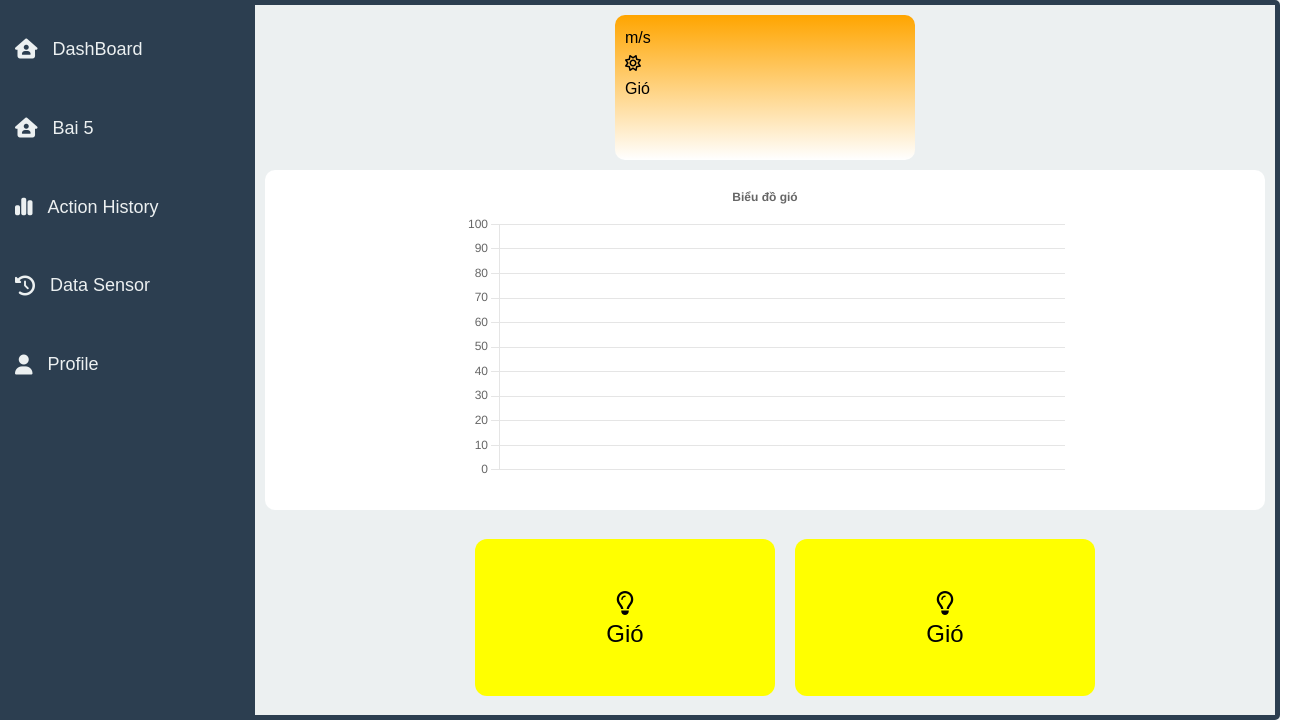
Repository: duongnoob23/duyyyy
Page: /bai5 (app in iot/)
The author's editor kept a copy of each file at every save. The page is drawn from the files as they stood at one save, then again after the next save.
The browser window is 1280 px wide. The page is 1285 px wide, then 1300 px, so the pictures cover 1300 px, including what lies to the right of the window. The pictures show the whole page.
The page's requests for data from a server got no answer. Some web libraries are served in a nearby version. The project was rebuilt for these pictures with package versions that can differ from the ones it lists, and the page was loaded fresh each time. No one was signed in, and anything a server would have sent is missing. Also part of the build but not shown: iot/src/App.css, iot/src/Components/Doughnut/GaugeChart.js, iot/src/Components/LineChart/LineChartECharts.js, iot/src/Pages/Home/Home.js, iot/src/Pages/DataLogs/DataLogs.js, iot/src/Pages/Profile/Profile.css, iot/src/Pages/Profile/Profile.js, iot/src/Pages/Action/Action.js and 1 more.

Above is the page before, as saved 2024-12-02 21:24:13.

### iot/public/index.html
<!DOCTYPE html>
<html lang="en">
  <head>
    <meta charset="utf-8" />
    <link rel="icon" href="%PUBLIC_URL%/favicon.ico" />
    <meta name="viewport" content="width=device-width, initial-scale=1" />
    <meta name="theme-color" content="#000000" />
    <meta
      name="description"
      content="Web site created using create-react-app"
    />
    <link rel="apple-touch-icon" href="%PUBLIC_URL%/logo192.png" />
    <!--
      manifest.json provides metadata used when your web app is installed on a
      user's mobile device or desktop. See https://developers.google.com/web/fundamentals/web-app-manifest/
    -->
    <link rel="manifest" href="%PUBLIC_URL%/manifest.json" />
    <!--
      Notice the use of %PUBLIC_URL% in the tags above.
      It will be replaced with the URL of the `public` folder during the build.
      Only files inside the `public` folder can be referenced from the HTML.

      Unlike "/favicon.ico" or "favicon.ico", "%PUBLIC_URL%/favicon.ico" will
      work correctly both with client-side routing and a non-root public URL.
      Learn how to configure a non-root public URL by running `npm run build`.
    -->
    <link rel="stylesheet" href="https://cdnjs.cloudflare.com/ajax/libs/font-awesome/6.6.0/css/all.min.css" integrity="sha512-Kc323vGBEqzTmouAECnVceyQqyqdsSiqLQISBL29aUW4U/M7pSPA/gEUZQqv1cwx4OnYxTxve5UMg5GT6L4JJg==" crossorigin="anonymous" referrerpolicy="no-referrer" />
    <title>React App</title>
    <script src="https://code.highcharts.com/highcharts.js"></script>
  </head>
  <body>
    <noscript>You need to enable JavaScript to run this app.</noscript>
    <div id="root"></div>
    <!--
      This HTML file is a template.
      If you open it directly in the browser, you will see an empty page.

      You can add webfonts, meta tags, or analytics to this file.
      The build step will place the bundled scripts into the <body> tag.

      To begin the development, run `npm start` or `yarn start`.
      To create a production bundle, use `npm run build` or `yarn build`.
    -->
  </body>
</html>

### iot/src/index.js
import React from 'react';
import { DatePicker } from 'antd';
import ReactDOM from 'react-dom/client';
import './index.css';
import App from './App';
import reportWebVitals from './reportWebVitals';
import { BrowserRouter } from 'react-router-dom';


const root = ReactDOM.createRoot(document.getElementById('root'));
root.render(
  // <React.StrictMode>
  <BrowserRouter>
    <App />
  </BrowserRouter>

  // </React.StrictMode>
);


reportWebVitals();

### iot/src/index.css
body {
  margin: 0;
  font-family: -apple-system, BlinkMacSystemFont, 'Segoe UI', 'Roboto', 'Oxygen',
    'Ubuntu', 'Cantarell', 'Fira Sans', 'Droid Sans', 'Helvetica Neue',
    sans-serif;
  -webkit-font-smoothing: antialiased;
  -moz-osx-font-smoothing: grayscale;
}

code {
  font-family: source-code-pro, Menlo, Monaco, Consolas, 'Courier New',
    monospace;
}

*{
  box-sizing: border-box;
  font-family: Arial, Helvetica, sans-serif;
}

html{
  font-size: 62.5%;
}

ul,li{
  list-style-type: none;
  margin: 0;
  padding:0;
}
a{
  text-decoration: none;
}

body{
  margin: 0;
  padding: 0;

}

### iot/src/App.js
// import logo from './logo.svg';
import './App.css';
import Layout from './Components/Layout/Layout';
import { Routes,Route} from 'react-router-dom';
import Home from './Pages/Home/Home';
import DataLogs from './Pages/DataLogs/DataLogs';
import Profile from './Pages/Profile/Profile';
import Action from './Pages/Action/Action';
import Bai5 from './Pages/Bai5/Bai5';
function App() {
  return (
    <>

      <Routes>
          <Route path="/" element = {<Layout/>}>
            <Route path='home' element={<Home/>}/>
            <Route path='bai5' element={<Bai5 />}/>
            <Route path='datalogs' element={<DataLogs/>}/>
            <Route path='profile' element={<Profile/>}/>
            <Route path='action' element={<Action/>}/>
          </Route>
      </Routes>
    </>
  );
}

export default App;

### iot/src/Components/Layout/Layout.js
import './Layout.css'
import { Link, Outlet, } from "react-router-dom";
// import { useState } from "react";

function Layout(){

    return (
        <>

        <div className="dashBoard">
        <div className="sideBar">
            <ul className="sideBar-list">
                <li className="sideBar-item">
                    {/* <a  href="#" className="sideBar-icon">
                        <i className="fa-solid fa-house-user">
                        </i>
                        <span className='sideBar-text'>DashBoard</span>
                    </a> */}
                    <Link className='sideBar-icon' to={"/home"}>
                        <i className="fa-solid fa-house-user">
                        </i>
                        <span className='sideBar-text'>DashBoard</span>
                    </Link>
                </li>
                <li className="sideBar-item">
                    <Link className='sideBar-icon' to={"/bai5"}>
                        <i className="fa-solid fa-house-user">
                        </i>
                        <span className='sideBar-text'>Bai 5</span>
                    </Link>
                </li>
                <li className="sideBar-item">
                <Link  className="sideBar-icon" to={"/action"}>
                    <i className="fa-solid fa-chart-simple"></i>
                        <span className='sideBar-text'>Action History</span>
                    </Link>
                </li>
                <li className="sideBar-item">
                    <Link className="sideBar-icon" to={"/datalogs"} >
                    <i className="fa-solid fa-clock-rotate-left"></i>
                        <span className='sideBar-text'> Data Sensor</span>
                    </Link>
                </li>
                <li className="sideBar-item">

                    <Link className="sideBar-icon" to={"/profile"}>
                        <i className="fa-solid fa-user"></i>
                        <span className='sideBar-text'>Profile</span>
                    </Link>
                </li>
            </ul>
        </div>
        <div className="sideMain">
            <Outlet/>
        </div>
    </div>
        </>
    )
}

export default Layout;

### iot/src/Components/Layout/Layout.css


/* Reset default padding and margins */
* {
    margin: 0;
    padding: 0;
    box-sizing: border-box;
}

/* DashBoard container */
.dashBoard {
    display: flex;
    height : 100vh;
    font-family: 'Roboto', sans-serif;
}

/* SideBar styling */
.sideBar {
    width: 250px;
    background-color: #2c3e50;
    padding: 20px 0;
    position: fixed;
    height: 100%;
    transition: all 0.3s ease;
}

.sideBar-list {
    list-style: none;
    padding-left: 0;
}

.sideBar-item {
    margin-bottom: 20px;
}

.sideBar-icon {
    display: flex;
    align-items: center;
    padding: 15px;
    color: #ecf0f1;
    text-decoration: none;
    transition: background 0.3s ease, color 0.3s ease;
}

.sideBar-icon i {
    margin-right: 15px;
    font-size: 20px;
}

/* Hover effect for sidebar items */
.sideBar-icon:hover {
    background-color: #34495e;
    color: #1abc9c;
    cursor: pointer;
    padding-left: 25px; /* Add a slide effect */
    transition: all 0.3s ease;
}

.sideBar-text {
    font-size: 18px;
}

/* Active link effect */
.sideBar-icon.active {
    background-color: #1abc9c;
    color: #fff;
    border-radius: 8px;
    transition: all 0.3s ease;
}

/* SideMain styling */
.sideMain {
    margin-left: 250px;
    background-color: #ecf0f1;
    flex-grow: 1;
}

/* Responsive Design */
@media screen and (max-width: 768px) {
    .sideBar {
        width: 200px;
    }

    .sideBar-icon {
        padding: 10px;
    }

    .sideMain {
        margin-left: 200px;
        padding: 20px;
    }
}

@media screen and (max-width: 576px) {
    .sideBar {
        width: 60px;
    }

    .sideBar-icon i {
        margin-right: 0;
        text-align: center;
        flex: 1;
    }

    .sideBar-text {
        display: none;
    }

    .sideMain {
        margin-left: 60px;
        padding: 10px;
    }
}

### iot/src/Pages/Home/Home.css
/* General Styling */
.main {
    display: flex;
    flex-direction: column;
    height : 100%; /* Chiếm toàn bộ chiều cao của màn hình */

    box-sizing: border-box; /* Đảm bảo padding không làm thay đổi kích thước */
}

.section {
  width: 100%;
  height : 100%;
}



.section-one{
    width: 100vh;
    height : 100%;
    display: flex;
    flex-direction: row;

}

.left{
  width: 75%;
}

.right{
  width: 25%;
}

.sensor{
    height: 30%;
}


.sensor-list {
    height: 100%;
    display: flex;
    list-style-type: none;
    padding: 0;
    margin: 0;
    justify-content: space-between; /* Rải đều các phần tử trong container */
    width: 100%; /* Chiếm toàn bộ chiều rộng của màn hình */
}

.sensor-item {
    flex: 1; /* Các phần tử sẽ tự động chiếm đều không gian */
    /* padding: 5px; */
    background-color: #ffffff;
    border-radius: 12px;
    box-shadow: 0 4px 12px rgba(0, 0, 0, 0.1);
    display: flex;
    flex-direction: column;
    align-items: center;
    text-align: center;
    margin: 10px;
    min-width: 50px; /* Đảm bảo các phần tử không quá nhỏ */
}
  .sensor-item .sensor-digit {
    font-size: 1.2em;
    font-weight: bold;
    margin-bottom: 5px;
    color: #333;
  }

  .sensor-item:nth-child(2){
    /* margin:10px 20px; */
  }

  .sensor-bar {
    width: 100%;
    height: 100px;
    background-color: #e0e0e0;
    border-radius: 8px;
    position: relative;
    overflow: hidden;
    margin: 10px 0;
  }

  .sensor-fill {
    position: absolute;
    bottom: 0;
    width: 100%;
    border-radius: 8px;
  }

  .sensor-item.light .sensor-fill {
    background-color: #ffb74d; /* Soft orange for light */
  }

  .sensor-item.temperature .sensor-fill {
    background-color: #ef5350; /* Soft red for temperature */
  }

  .sensor-item.humidity .sensor-fill {
    background-color: #42a5f5; /* Soft blue for humidity */
  }

  .label {
    font-size: 0.9em;
    font-weight: 600;
    color: #777;
  }
  /* Chart Section */
  .chart {
    height: 70%;
    width: 100%;
    /* margin-top: 20px; */
    /* margin: 15px; */
    padding: 0;
  }
.styleChart{
  aspect-ratio: 7/3;
}
  /* Electric Section */
  .electric {
    width: 100%;
    margin-top: 5px;
  }

  .electric-list {
    list-style: none;
    padding: 0;
    margin: 0;
    display: flex;
    flex-direction: column;
    justify-content: space-around;
    gap: 15px;
  }

  .electric-item {
    /* flex: 1; */
    text-align: center;
    padding: 20px;
    background-color: #f9f9f9;
    border-radius: 10px;
    box-shadow: 0px 4px 10px rgba(0, 0, 0, 0.1);
    transition: transform 0.3s ease, box-shadow 0.3s ease;
    width: 300px;
  }




  .electric-box {
    position: relative;
    margin-bottom: 10px;
  }

  .electric-input {
    display: none;
  }

  .electric-label {
    display: block;
    width: 60px;
    height: 30px;
    background-color: #ddd;
    border-radius: 15px;
    position: relative;
    cursor: pointer;
    transition: background-color 0.3s;
  }



  .electric-input:checked + .electric-label {
    background-color: #4caf50;
  }

  .electric-input:checked + .electric-label:before {
    left: 31px;
  }

  .on-off {
    font-weight: bold;
    margin-top: 8px;
    font-size: 16px;
  }

  .electric-item i {
    font-size: 36px;
    color: #4caf50;
  }

  .electric-item .light-icon,
  .electric-item .temp-icon,
  .electric-item .air-icon {
    color: #aaa;
  }

/* css button  */

### iot/src/Components/Helper/URL.js
export const URL = "http://localhost:3001";

### iot/src/Pages/DataLogs/DataLogs.css
*{
    box-sizing: border-box;
}
.table {
    width: 90%;
    border-collapse: collapse;
    margin: 10px;
    border-radius:10px;
    overflow: hidden;
}

.data{
    border:5px solid #2c3e50;
    border-radius: 0 5px 5px 0;
    height: 100%;
}

.table__body{
    border-radius: 10px;
    border: 2px solid #2c3e50;
}

.table__head{
    border: 2px solid #2c3e50;
}
th, td {
    padding: 10px;
    text-align: center;
    border-bottom: 1px solid #ddd;
}
th {
    background-color: #2c3e50;
    color: white;
}

.table-row__body{
    transition: all 0.1s linear;

}
.table-row__body:nth-child(even){
    background-color: #eee;

}
.table-row__body:hover{
    background-color: #2c3e50;
    color: #F4C427;

}

.table-row__body:active{
    background-color: #2c3e50;
    color: #F4C427;
}
.data__title{
    margin-left: 10px;
    font-size: 20px;
    font-weight: bold;
}

.data__sort{
    margin-left: 10px;
    font-size: 15px;
    font-weight: bold;
    margin-bottom: 10px;

}

.data__in{
    border-radius: 10px;
    border: 2px solid #7A40F2;
    margin: 10px;
}

### iot/src/Pages/Action/Action.css
* {
    box-sizing: border-box;
    font-family: 'Arial', sans-serif; /* Change this to your preferred font */
    font-size: 16px; /* Default font size */
    line-height: 1.6; /* Controls line spacing */
}


.action {
    border: 5px solid #2c3e50;
    border-radius: 0 5px 5px 0;
    height: 100vh; /* Full viewport height */
    display: flex;
    flex-direction: column;
    justify-content: space-between; /* Distribute space evenly */
}

.action-title {
    margin-left: 10px;
    font-size: 24px;
    font-weight: bold;
    margin-bottom: 20px;
}

.option {
    display: flex;
    align-items: center;
    margin-bottom: 20px;
}

.search {
    margin-left: 20px;
    display: flex;
    align-items: center;
}

.search__input {
    padding: 8px 15px;
    border-radius: 8px;
    outline: none;
    border: 1px solid #2c3e50;
    margin-right: 5px;
    font-size: 16px;
}

.search__icon {
    cursor: pointer;
    font-size: 20px;
    color: #2c3e50;
}

.select, .select2 {
    margin-left: auto;
    padding: 0 10px;
}

.select__list {
    padding: 8px 12px;
    border-radius: 8px;
    border: 1px solid #2c3e50;
    outline: none;
    font-size: 16px;
}

/* Table container to control overflow */
.table__container {
    flex-grow: 1;
    overflow-y: auto;
    border-radius: 10px;
    margin: 0 20px;
    padding-bottom: 20px;
}

.table {
    width: 100%;
    border-collapse: collapse;
}

.table__head {
    background-color: #2c3e50;
    color: white;
    border-radius: 10px 10px 0 0;
}

.table-row__head th, .table-row__body td {
    padding: 10px;
    text-align: center;
}

.table-row__body:nth-child(even) {
    background-color: #f7f7f7;
}

.table-row__body:hover {
    background-color: #2c3e50;
    color: #F4C427;
}

/* Maintain height to ensure 10 rows fill the page */
.table-row__body {
    height: 40px; /* Adjust this based on design preferences */
    transition: background-color 0.3s;
}

.table__body {
    border-radius: 0 0 10px 10px;
}

.pagination {
    margin-right: 20px;
    padding: 10px 0;
    text-align: right;
}

.pagi__list {
    display: flex;
    justify-content: flex-end;
    align-items: center;
    font-size: 16px;
}

.pagi__item {
    margin: 0 5px;
    cursor: pointer;
    padding: 5px 10px;
    border: 1px solid #3498db;
    border-radius: 5px;
    transition: background-color 0.3s;
}

.pagi__next, .pagi__pre {
    color: #3498db;
}

.pagi__cur {
    font-weight: bold;
    color: #fff;
    background-color: #15181b;
    border-radius: 5px;
    padding: 5px 10px;
}

/* Ensure last row visibility */
.table__container::-webkit-scrollbar {
    width: 6px;
}

.table__container::-webkit-scrollbar-thumb {
    background-color: #121518;
    border-radius: 10px;
}

### iot/src/Pages/Bai5/Bai5.css
.main{
    width: 100%;
    padding:10px;
    height: 100%;
    border:5px solid #2c3e50;
    border-radius: 0 5px 5px 0;
}


.section{
}

.section .section-two{
    height: 100%;
    width: 100%;
    display: flex;
    flex-direction: column;
}



.electric{
    background-color: white;
    /* padding:10px; */
    border-radius: 15px;
    /* margin-bottom: 15px; */
}

.electric-list{
    display: flex;
    justify-content: center;
    align-items: center;
    margin-left: -20px;
    height: 100%;
}

.electric-item{
    width: 80%;
    height: calc(100% / 3 - 10px);
    margin-left: 20px;
    /* background-color: white; */
    border-radius: 10px;
    padding: 10px;
    box-shadow: rgba(0, 0, 0, 0.35) 0px 5px 15px;
    color:#2c3e50;
    display: flex;
    flex-direction: column;
    justify-content: space-between;
    font-size: 15px;
    transition: all 0.25s linear;
    position: relative;
    /* cursor: pointer; */
}

/* .electric-item:hover{
    background-color: #2c3e50;
    color: white;
    box-shadow: #2c3e50 3px 3px 9px 0px;
} */

.electric-item i{
    font-size: 40px;
}

.electric-item .on-off{
    font-size: 20px;
    color: black;
    margin-top: 0;
}

.electric-item:hover .on-off{
    /* color:white; */
}

.electric-input{
    display: none;
}

.electric-input:checked + .electric-label{
    background-color: #2c3e50;
    box-shadow: white 0px 5px 15px;
}

.electric-input:checked + .electric-label:after{
    background-color: white;
    transform: translateX(17px);
}
.electric-input:checked .temperature{
    color: #2c3e50;
}


.electric-label{
    position: absolute;
    top:20px;
    right: 20px;
    width: 36px;
    height: 20px;
    border-radius: 20px;
    background-color: #F5F5F5;
    transition: all 0.25s linear;
    cursor: pointer;
}

.electric-label:after{
    cursor: pointer;
    content: "";
    position:  absolute;
    top:1px;
    left: 1px;
    width: 18px;
    height: 18px;
    border-radius: 50%;
    background-color: white;
    transition: all 0.25s linear;
    box-shadow: rgba(0, 0, 0, 0.35) 0px 5px 15px;
}

.electric-item .electric-light{
    display: inline-block;
    font-size: 40px;
    color: black;
    transition: all 0.4s linear;
    display: flex;
    justify-content: center;
    align-items: center;
}
.electric-item .electric-light.show{
    color: yellow;
    /* box-shadow: 0 0 3px 3px yellow; */
    filter: drop-shadow(0 0 10px rgba(255, 255, 0, 0.8)) drop-shadow(0 0 20px rgba(255, 255, 0, 0.642));
}

.electric-item .electric-air{
    display: flex;
    justify-content: center;
    align-items: center;
    color:black;
}

.electric-item .electric-air.show{
    content: "";
    animation:spin 2s linear infinite;
    color:#3acbe9;
    transition: all 0.4s linear;
}

.electric-item .electric-temperature{
    display: flex;
    justify-content: center;
    align-items: center;
    color:black;
}

.electric-item .electric-temperature.show{
    /* color: linear-gradient(to top,red ,yellow ); */
    background-image: linear-gradient(to top,red,yellow);
    color:transparent;
    background-clip: text;
    transition: all 0.4s linear;
}

@keyframes spin {
    to{
        transform: rotate(720deg);
    }
  }

.meter{
    background-color: white;
    padding:10px;
    border-radius: 15px;
    margin-bottom: 5px;
}

.meter-list{
    display: flex;
    justify-content: center;
    align-items: center;
    margin-left: -20px;
}

.meter-item{
    width: calc(100% / 3 - 20px);
    height: 120px;
    margin-left: 20px;
    /* background-color: white; */
    border-radius: 10px;
    padding: 10px;
    box-shadow: rgba(0, 0, 0, 0.35) 0px 5px 15px;
    color:black;
    display: flex;
    flex-direction: column;
    justify-content: space-between;
    font-size: 18px;
    transition: all 0.25s linear;
    position: relative;
}
.meter-item:first-child{
    /* background-image: linear-gradient(to bottom,#F4C427,white); */
    background-color: #f4c427;
    }



.meter-item:last-child{
    /* background-image: linear-gradient(to bottom,#3ACBE9,white); */
    background-color: #3acbe9;
}

.meter-item:nth-child(2){
    /* background-image: linear-gradient(to bottom,#FF9060,white); */
    background-color: #FF9060;
}

.meter-digit
{
    text-align: start;
    font-size: 24px;
    font-weight: white;
}

.chart{
    width: 100%;
    height: 50%;
    border-radius: 10px;
    background-color: white;
    padding:10px;
    margin-bottom: 20px;
    ;
}



.blink {
    background-color: yellow;
    /* animation: blink 1s infinite; */
    color:black;
  }

  @keyframes blink {
    0%, 100% {
      background-color: yellow;
      color:white;
    }
    50% {
      background-color: transparent;
    }
  }


.bai5{
    margin: 0 auto;
    width: 300px;
    height: 25%;
    margin-bottom: 10px;
    border-radius: 10px;
    overflow: hidden;
}

.bai5 .bai5-item{
    padding: 10px;
    height: 100%;
}
.control{
    width: 100%;
    height: 30%;
}

.control-list{
    height: 100%;
    display: flex;
    justify-content: center;
    align-items: center;
    margin-right: -20px;
}

.control-item{
    margin-left: 20px;
    width: 300px;
    height: 90%;
    padding: 10px;
    border-radius: 12px;
    font-size: 32px;
    display: flex;
    justify-content: center;
    align-items: center;
    flex-direction: column;
}

.control-item .text{
    font-size: 24px;
}

.control-item i{
    font-size: 24px;
}

### iot/src/Components/LineChart/LineChartFix.js
import React, { useEffect,useState } from 'react';
import { Line } from 'react-chartjs-2';
import { Chart as ChartJS, CategoryScale, LinearScale, PointElement, LineElement, Title, Tooltip, Legend } from 'chart.js';
import {URL} from '../Helper/URL';
ChartJS.register(CategoryScale, LinearScale, PointElement, LineElement, Title, Tooltip, Legend);



const LineChartFix = ({onDataUpdate}) => {


  const [dataChart,setDataChart] = useState({
    labels:[],
    datasets:[],
  })
  // console.log(onDataUpdate);
  const fetchApi = () => {
    fetch(URL + `/windspeed`)
      .then(res => res.json())
      .then(data => {
        if (data) {
          console.log(data);

          // Adding index (increasing order) to the data
          let indexedData = data.results.map((item, index) => ({
            ...item,
            index: index + 1 // Adding index starting from 1
          }));

          // Extract time, temperature, humidity, and light values
          let time = indexedData.map(item => item.time);
          let temperature = indexedData.map(item => item.temperature);
          let humidity = indexedData.map(item => item.humidity);
          let light = indexedData.map(item => item.light / 10);
          let windspeed = indexedData.map(item => item.light/10 + 13);
          setDataChart({
            labels: time,
            datasets: [
              {
                label: 'Tốc độ gió ',
                data: windspeed,
                borderColor: 'rgba(255, 206, 86, 1)',
                backgroundColor: 'rgba(255, 206, 86, 0.2)',
                tension: 0.4,
              },
            ],
          });

          const option = {
            windspeed: windspeed[windspeed.length - 1 ],
          };

          onDataUpdate(option);
        }
      });
  };

  useEffect(() => {
    fetchApi(); // Lần gọi đầu tiên ngay khi component mount

    // const interval = setInterval(() => {
    //   fetchApi(); // Gọi API mỗi 5 giây (5000ms)
    // }, 5000);

    // return () => clearInterval(interval); // Dọn dẹp interval khi component unmount
  }, []);


  const options = {
    responsive: true,
    plugins: {
      legend: {
        position: 'top',
      },
      title: {
        display: true,
        text: 'Biểu đồ gió',
      },
    },
    scales: {
      y: {
        beginAtZero: true,
        max: 100, // Đặt giá trị tối đa cho trục y
      },
    },
  };


  return (
    <div style={{
      width: '100%',
      height: '300px',
      margin: '0 auto',
      textAlign: 'center',
      display: 'flex',
      justifyContent: 'center', // Căn giữa theo chiều ngang
      alignItems: 'center',
    }}>
      <Line data={dataChart} options={options} />
    </div>
  );
};

// onDataUpdate={handleDataUpdate}
export default LineChartFix;

Loaded but not shown: iot/src/reportWebVitals.js (common file); iot/src/Pages/Bai5/Bai5.js (119 lines, source omitted)

After the next save:
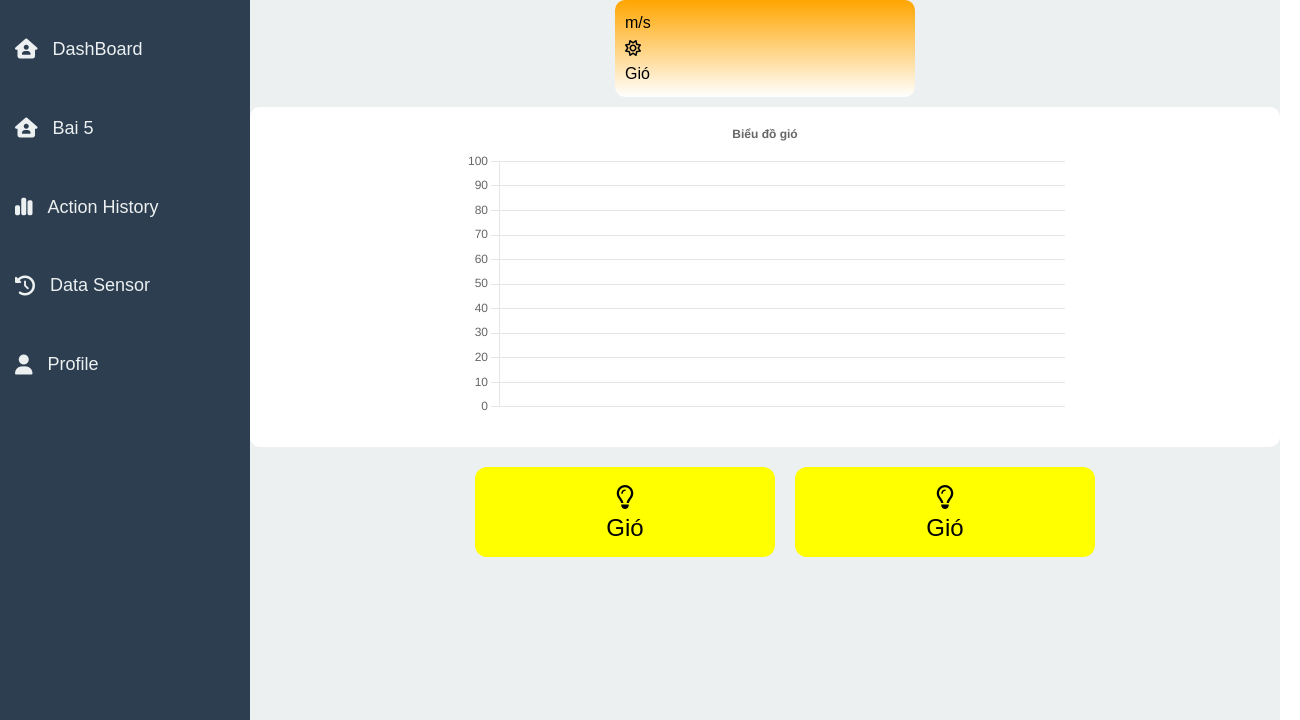
Saved 114 s later.
--- a/iot/src/Pages/Bai5/Bai5.css
+++ b/iot/src/Pages/Bai5/Bai5.css
@@ -1,4 +1,4 @@
-.main{
+/* .main{
     width: 100%;
     padding:10px;
     height: 100%;
@@ -295,3 +295,4 @@
 .control-item i{
     font-size: 24px;
 }
+ */
